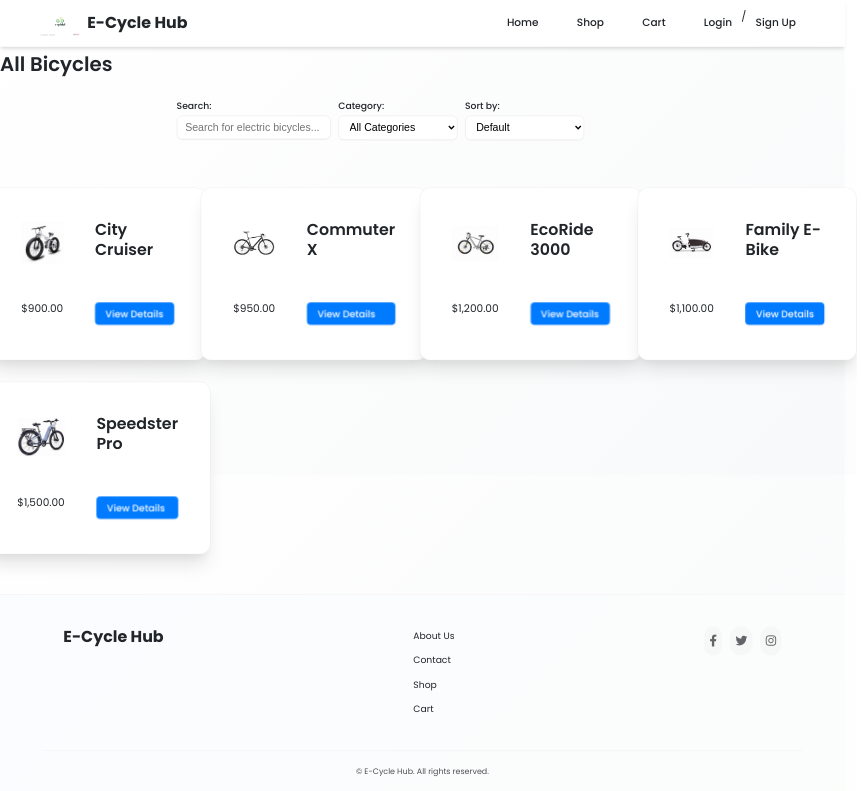
Repository: Rutuja-g/E-Cycle-Hub
Page: public/shop.html
An editor plug-in stored every save of this project. The page is shown before and after the next save, followed by the edit.
The browser window is 1280 px wide. The page is 1298 px wide, then 1306 px, then 1298 px, so the pictures cover 1306 px, including what lies to the right of the window. The pictures show the whole page, at 66% of full size.

Above is the page before, as saved 2025-10-25 22:31:48.

After the next save:
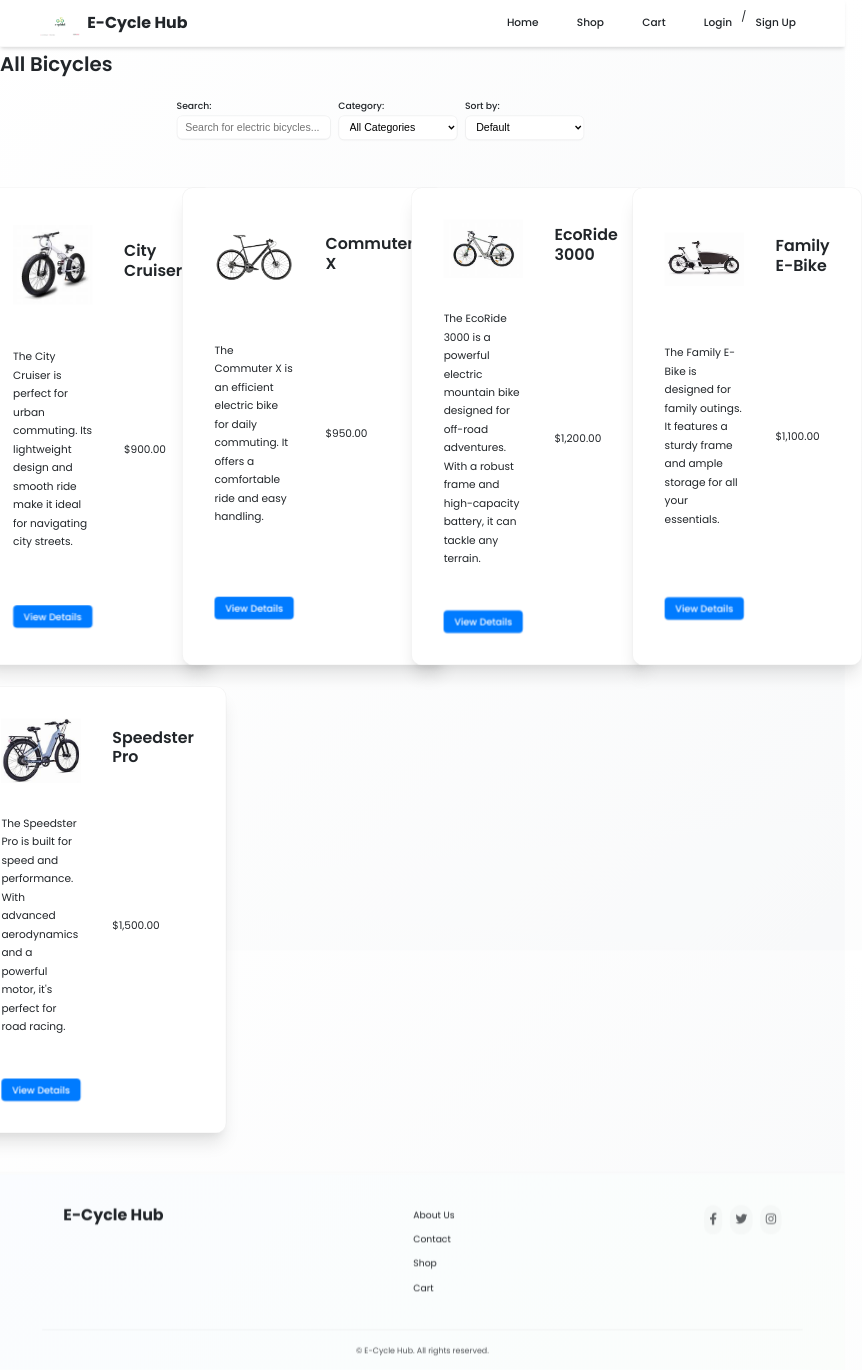
Saved 2 min 37 s later.
--- a/public/js/main.js
+++ b/public/js/main.js
@@ -139,6 +139,7 @@
         product.name
       }" loading="lazy">
         <h3>${product.name}</h3>
+        <p class="description">${product.description || ""}</p>
         <p class="price">$${Utils.formatPrice(product.price)}</p>
         <a href="product.html?id=${
           product.id

After the save that followed:
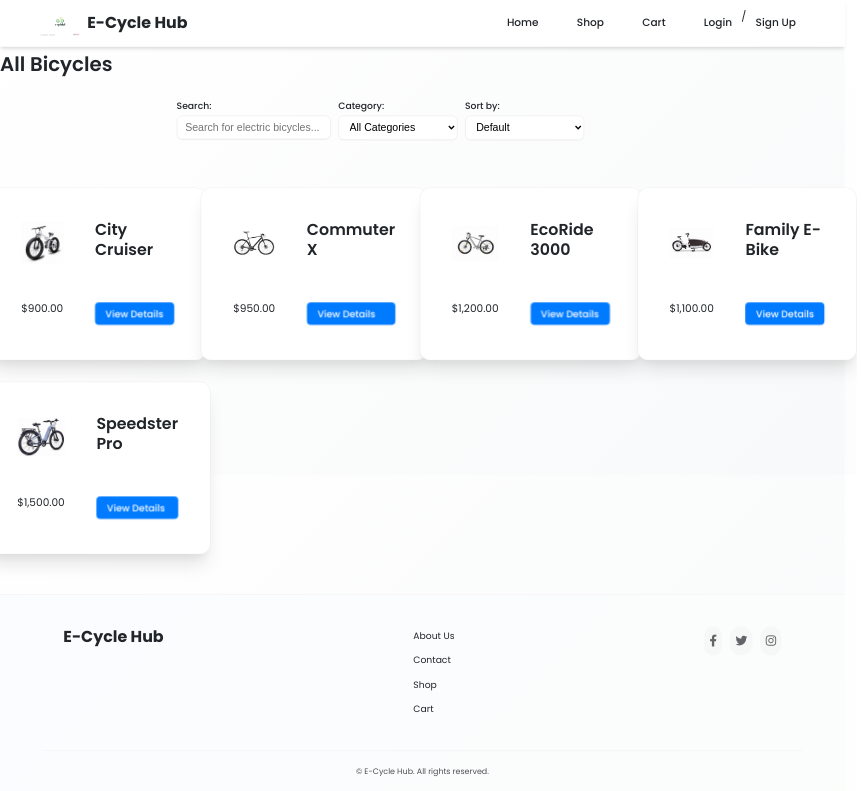
Saved 2 min 4 s later.
--- a/public/js/main.js
+++ b/public/js/main.js
@@ -139,7 +139,6 @@
         product.name
       }" loading="lazy">
         <h3>${product.name}</h3>
-        <p class="description">${product.description || ""}</p>
         <p class="price">$${Utils.formatPrice(product.price)}</p>
         <a href="product.html?id=${
           product.id
